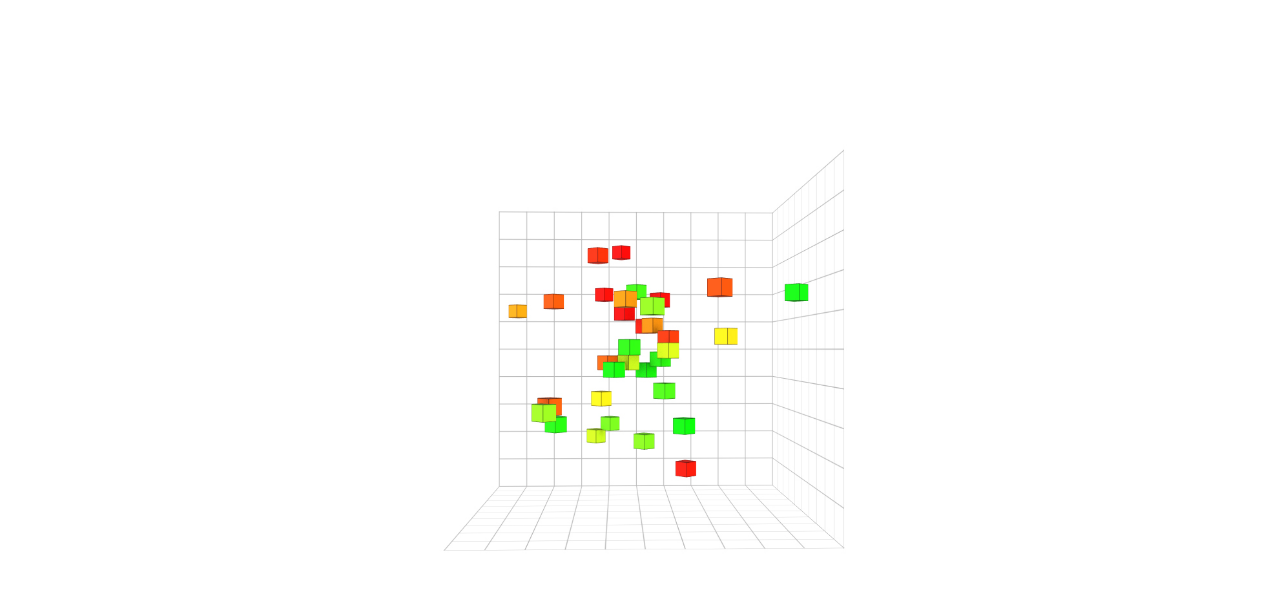
Repository: ceeskaan/ceeskaan.github.io
Page: index.html
These files come from the project's save history. The page is drawn as it stood at one moment and after the next save; the edit follows.
The browser window is 1280 px wide. The pictures show the window.
A layer covers the whole window, so only the first screen is drawn. Some web libraries are served in a nearby version.

Above is the page before, as saved 2022-02-09 21:12:56.
Console error (its wording comes from the project's code and is left out).

### index.html
<!DOCTYPE html>
<html>
    <head>
        <title>Crispy AI</title>
        <meta charset="utf-8" />
        <meta name="description" content="" />
        <meta name="viewport" content="width=device-width, initial-scale=1" />
        <link rel="stylesheet" href="common/main.css" />
        <script src="http://ajax.googleapis.com/ajax/libs/jquery/1.8.3/jquery.min.js"></script>
        <link rel = "icon" href =
        "icon.png"
        type = "image/x-icon">
    </head>
    <body>
        <div id= 'loader' class="loader"></div>
        <div id="content">
            <section class="canvas-container" id="canvas-container">
                <input
                    name="frames-url"
                    type="hidden"
                    value="videos/frames/image{{id}}.jpg"
                    data-frame-start="596"
                    data-frame-end="719"
                    data-frame-id-padding="3"
                />
            </section>
        </div>
        <script>
        $(document).mousemove(function(e) {
            var percent = e.clientX / $(window).width();
           $('body, html').scrollTop($(document).height() * percent/1.283);
        });</script>
        <script src="common/utils.js"></script>
        <script src="common/scroll-observable.js"></script>
        <script src="common/canvas-frame-scrubber.js"></script>
        <script src="assets/frame-unpacker.js"></script>
        <script src="assets/main.js"></script>
    </body>
</html>

### common/main.css
html,
body {
    margin: 0;
    padding: 0 10px;
    font-family: -apple-system, BlinkMacSystemFont, 'Segoe UI', Roboto, Oxygen, Ubuntu, Cantarell, 'Open Sans',
        'Helvetica Neue', sans-serif;
    height: 3000px;
    background: rgb(255, 255, 255);
    color: rgb(0, 0, 0);
    overflow: hidden; /* Hide scrollbars */
}

* {
    margin: 0;
    padding: 0;
 }


html.home,
body.home {
    height: 100%;
}

a {
    color: #33a8ff;
}

#content {
    position: fixed;
    max-width: calc(100% - 20px);
}

.video-container,
.canvas-container {
    max-width: calc(100% - 20px);
    max-height: 80vh;
    height: auto;
}

.canvas {
    width: 100%;
    height: auto;
}

.cursor-loading {
    cursor: progress;
}

#comments {
    margin: auto;
    width: 50%;
}

.loader {
    border: 16px solid #f3f3f3; /* Light grey */
    border-top: 16px solid #3498db; /* Blue */
    border-radius: 50%;
    width: 120px;
    height: 120px;
    animation: spin 2s linear infinite;
  }

  @keyframes spin {
    0% { transform: rotate(0deg); }
    100% { transform: rotate(360deg); }
  }

### common/utils.js
// Logging
const logContainer = document.getElementById('comments');
const log = text => {
    if (logContainer) {
        logContainer.innerHTML += text + '\n';
    } else {
        console.log(text);
    }
};

// Loading indicator
const startProgress = () => {
    document.documentElement.classList.add('cursor-loading');
};

const stopProgress = () => {
    document.documentElement.classList.remove('cursor-loading');
    var element = document.getElementById("loader");
    element.classList.remove("loader");
};

// average over an array
const average = arr => {
    return (arr.reduce((a, b) => a + b, 0) / arr.length).toFixed(2);
};

// promise with timeout
const withTimeout = async (promise, timeout) => {
    return new Promise(async (resolve, reject) => {
        setTimeout(() => {
            reject(`Promise ${promise} timed out at ${timeout}ms`);
        }, timeout);

        await promise;
        resolve(promise);
    });
};

### common/scroll-observable.js
function ScrollObservable() {
    this._observers = [];

    // using RAF as a petty debounce
    let inProgress = false;
    const handler = () => {
        if (inProgress) return;
        inProgress = true;

        window.requestAnimationFrame(() => {
            this._process();

            inProgress = false;
        });
    };

    window.addEventListener('scroll', handler);
}

ScrollObservable.prototype._process = function() {
    const viewportHeight = document.documentElement.clientHeight;
    const documentHeight = document.body.clientHeight;
    const scrolled = Math.max(
        window.scrollY,
        window.pageYOffset,
        document.documentElement.scrollTop,
        document.body.scrollTop
    );

    const scrolledPercentage = Math.round((100 * (100 * scrolled)) / (documentHeight - viewportHeight)) / 100;

    this.publish(scrolledPercentage);
};

ScrollObservable.prototype.subscribe = function(observer) {
    this._observers.push(observer);
};

ScrollObservable.prototype.publish = function(value) {
    this._observers.forEach(observer => {
        observer.next(value);
    });
};

### common/canvas-frame-scrubber.js
const CanvasFrameScrubber = (() => {
    const create = (context, frames) => {
        let currentFrame = 0;

        const observer = {
            next: percentage => {
                const frameIndex = Math.floor((percentage * (frames.length - 1)) / 100);

                if (currentFrame === frameIndex) return;

                window.requestAnimationFrame(() => {
                    context.drawImage(frames[frameIndex], 0, 0);
                });
            }
        };

        return observer;
    };

    return {
        create: create
    };
})();

### assets/frame-unpacker.js
const FrameUnpacker = (() => {
    const unpack = async options => {
        const urlPattern = options.urlPattern,
            start = options.start,
            end = options.end,
            padding = options.padding;

        const bitmaps = [];
        const calls = [];

        const timeStart = performance.now();
        // download each frame image and prep it up
        for (let index = start; index <= end; index++) {
            const id = index.toString().padStart(padding, '0');
            const url = urlPattern.replace('{{id}}', id);

            calls.push(
                fetch(url).then(res =>
                    res
                        .blob()
                        .then(blob =>
                            createImageBitmap(blob).then(bitmap => bitmaps.push({ id: index, bitmap: bitmap }))
                        )
                )
            );
        }
        log('Loading...');
        // wait for all the downloads to finish... (a more eager implementation that starts putting
        // the scrubbing as soon as the first few frames are downloaded can also be done, but we'll
        // keep thing s simple for now)
        await Promise.all(calls);

        // sort the downloaded frame bitmaps in order, they could have been downloaded haphazardly
        bitmaps.sort((a, b) => {
            return a.id - b.id;
        });

        // once that's done, construct an array of just frames that would be returned
        const frames = [];
        bitmaps.map(bitmap => frames.push(bitmap.bitmap));

        const timeDelta = performance.now() - timeStart;
        console.log = function() {}
        return frames;
    };

    return {
        unpack: unpack
    };
})();

### assets/main.js
(async () => {
    startProgress();

    const videoContainer = document.querySelector('#canvas-container');
    const framesUrlElement = document.querySelector('input[name="frames-url"]');
    if (!videoContainer || !framesUrlElement) {
        throw new Error('Element missing!');
    }

    const framesUrlPattern = framesUrlElement.value;
    const framesUrlStart = parseInt(framesUrlElement.dataset.frameStart, 10);
    const framesUrlEnd = parseInt(framesUrlElement.dataset.frameEnd, 10);
    const framesIdPadding = parseInt(framesUrlElement.dataset.frameIdPadding, 10);



    const startTime = Date.now();

    const frames = await FrameUnpacker.unpack({
        urlPattern: framesUrlPattern,
        start: framesUrlStart,
        end: framesUrlEnd,
        padding: framesIdPadding
    });

    const endTime = Date.now();



    const canvas = document.createElement('canvas');
    canvas.classList.add('canvas');
    canvas.height = frames[0].height;
    canvas.width = frames[0].width;
    const context = canvas.getContext('2d');
    context.drawImage(frames[0], 0, 0);

    videoContainer.appendChild(canvas);



    const observer = CanvasFrameScrubber.create(context, frames);

    const observable = new ScrollObservable();
    observable.subscribe(observer);


    stopProgress();
})();

After the next save:
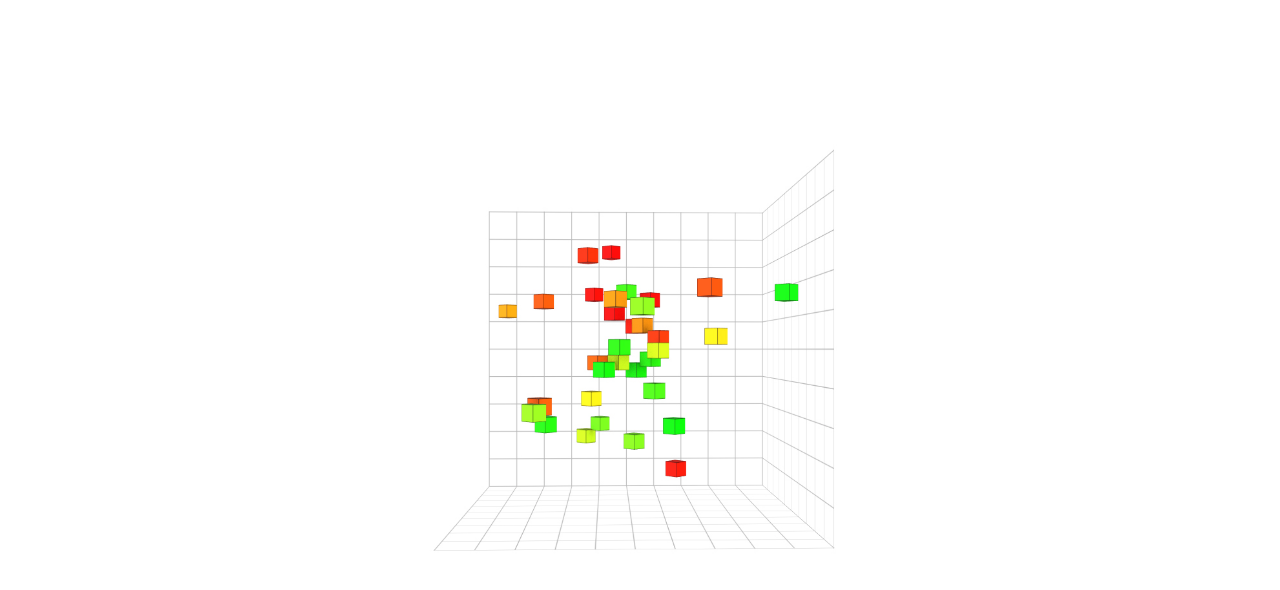
Saved 43 s later.
--- a/common/main.css
+++ b/common/main.css
@@ -64,3 +64,13 @@ a {
     0% { transform: rotate(0deg); }
     100% { transform: rotate(360deg); }
   }
+
+  div {
+    position: absolute;
+    top:0;
+    bottom: 0;
+    left: 0;
+    right: 0;
+
+    margin: auto;
+}
